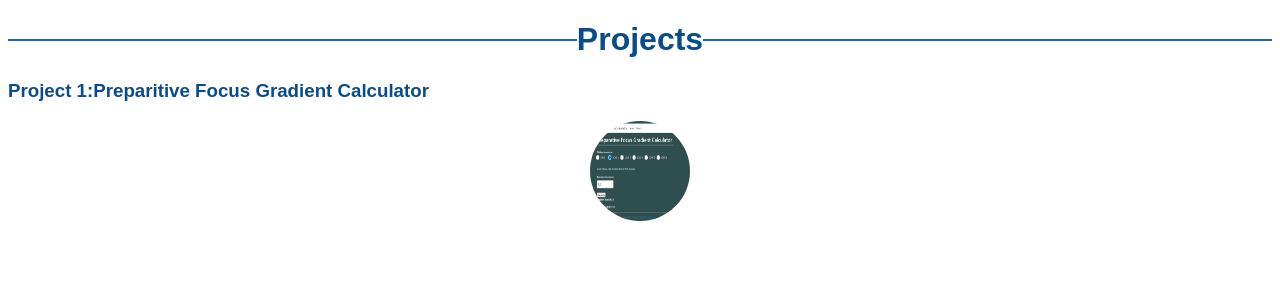
Repository: zackaroo20/zackaroo20
Page: pages/projects.html
The author's editor kept a copy of each file at every save. The page is drawn from the files as they stood at one save, then again after the next save.
The browser window is 1280 px wide. The pictures show the whole page.

Above is the page before, as saved 2026-05-14 15:43:17.

### pages/projects.html
<!DOCTYPE html>
<html lang="en">
<head>
    <meta charset="UTF-8">
    <meta name="viewport" content="width=device-width, initial-scale=1.0">
    <title>Document</title>
    <link rel="stylesheet" href="/styles/pages.css"/>
</head>
<Header>

    <style>
        h1 {
            display: flex;
            flex-direction: row;
        }

        h1:before,
        h1:after {
            content: "";
            flex: 1 1;
            border-bottom: 2px solid #166ab8;
            margin: auto;
        }

        img {
            height: 100px;
            width: 100px;
            border-radius: 50%;
        }
        /* https://www.geeksforgeeks.org/css/how-to-make-horizontal-line-with-words-in-the-middle-using-css/ */
    </style>

</Header>
<body>
    <h1>Projects</h1>
<h3>Project 1:Preparitive Focus Gradient Calculator</h3>
<img alt="pfgc" src="/assets/Project1.png">
</body>
</html>

### styles/pages.css
h1{
    display: flex;
    justify-content: center;
    font-family: Arial, Helvetica, sans-serif;
    color: #084c8b;

}

h3{

    font-family: Arial, Helvetica, sans-serif;
    color: #084c8b;
}
img{
    display: block;
    margin-left: auto;
    margin-right: auto;
}

After the next save:
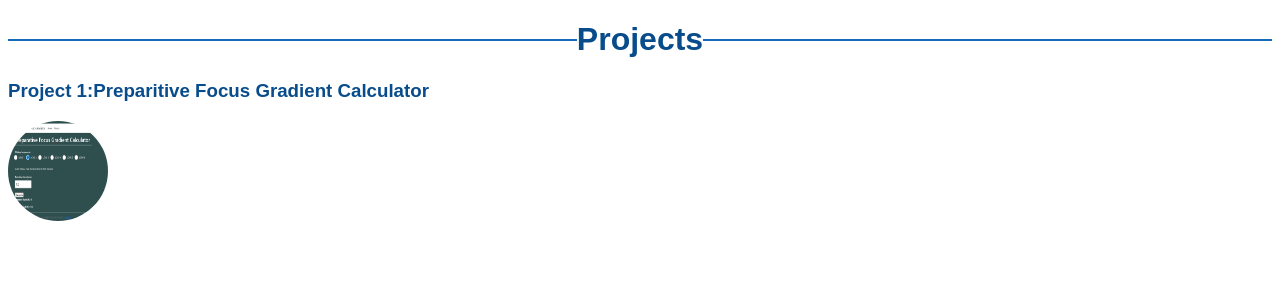
Saved 108 s later.
--- a/styles/pages.css
+++ b/styles/pages.css
@@ -12,7 +12,6 @@ h3{
     color: #084c8b;
 }
 img{
-    display: block;
-    margin-left: auto;
-    margin-right: auto;
+
+
 }
